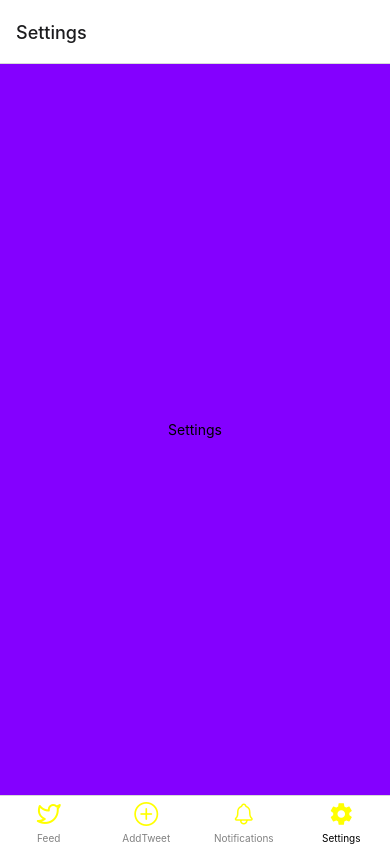
Repository: Deyvid-Kasteh/ReactNativeNavigationTraining
Screen: /Settings
The author's editor kept a copy of each file at every save. The screen is drawn from the files as they stood at one save, then again after the next save.
The app was drawn by React Native's web renderer in a window 390 px wide. The project was rebuilt for these pictures with package versions that can differ from the ones it lists, and the page was loaded fresh each time. Also part of the build but not shown: screens/BottomTab/Notifications.js, screens/BottomTab/AddTweet.js.

Above is the screen before, as saved 2023-08-03 15:46:17.

After the next save:
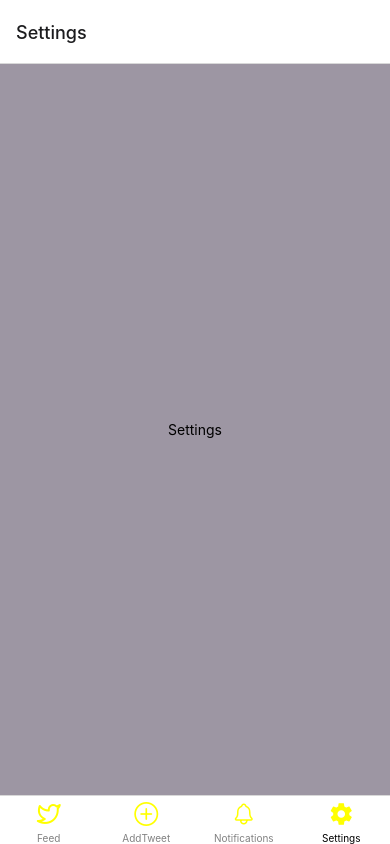
Saved 16 min 5 s later.
--- a/screens/BottomTab/Settings.js
+++ b/screens/BottomTab/Settings.js
@@ -14,7 +14,7 @@
 const styles = StyleSheet.create({
   container: {
     flex: 1,
-    backgroundColor: "#8400ff",
+    backgroundColor: "#9d96a3",
     justifyContent: "center",
     alignItems: "center",
   },
